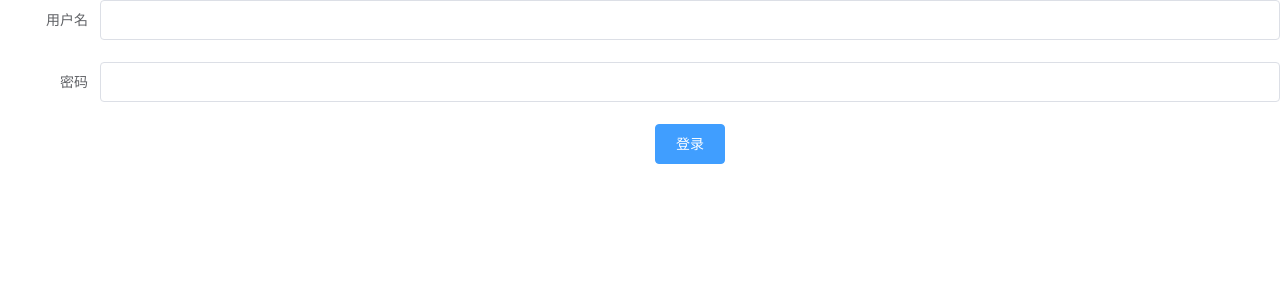
Repository: Chenbozhiaaaaaa/vuetest
Page: / (app in eledemo/)
These files come from the project's save history. The page is drawn as it stood at one moment and after the next save; the edit follows.
The browser window is 1280 px wide. The pictures show the whole page.
The project was rebuilt for these pictures with package versions that can differ from the ones it lists, and the page was loaded fresh each time. Also part of the build but not shown: eledemo/src/comp/compA.vue, eledemo/src/comp/compB.vue, eledemo/src/components/a.vue, eledemo/src/components/b.vue, eledemo/src/components/aside.vue. Imported but missing from the stored project, and not drawn on this page: eledemo/src/components/home.

Above is the page before, as saved 2020-07-22 16:09:55.

After the next save:
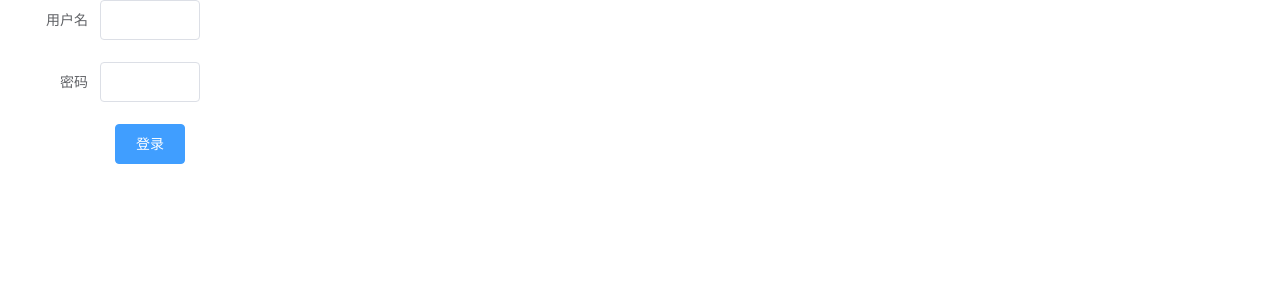
Saved 18 s later.
--- a/eledemo/src/login/login.vue
+++ b/eledemo/src/login/login.vue
@@ -34,4 +34,8 @@ export default {
 };
 </script>
 <style>
+.login-div {
+  height: 200px;
+  width: 200px;
+}
 </style>
